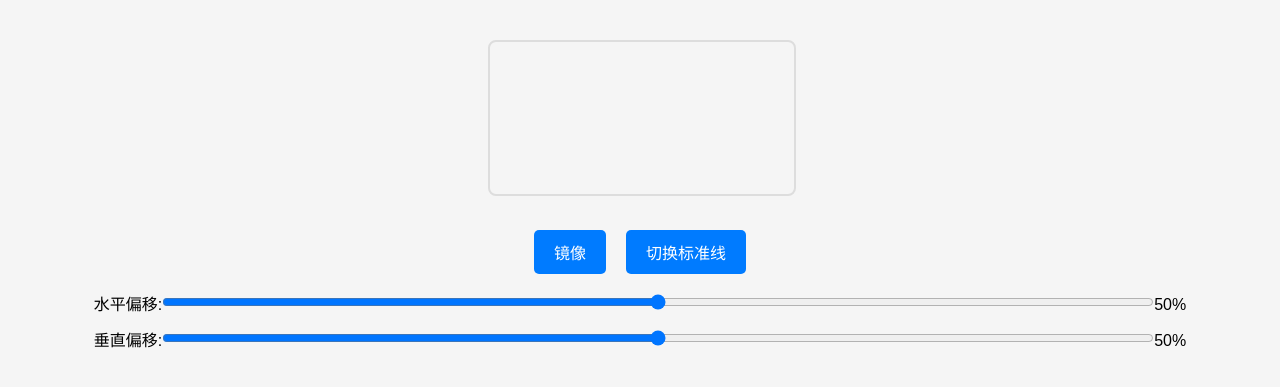
Repository: shasha333333/mirrorOnVue
Page: /
An editor plug-in stored every save of this project. The page is shown before and after the next save, followed by the edit.
The browser window is 1280 px wide. The pictures show the whole page.
The page's requests for data from a server got no answer. The project was rebuilt for these pictures with package versions that can differ from the ones it lists, and the page was loaded fresh each time. No one was signed in, and anything a server would have sent is missing. Also part of the build but not shown: vue.config.js.

Above is the page before, as saved 2024-11-18 22:14:07.

### src/App.vue
<template>
  <CameraApp />
</template>

<script>
import CameraApp from './components/CameraApp.vue';

export default {
  name: "App",
  components: {
    CameraApp,
  },
};
</script>

<style>
/* 全局样式可以根据需要调整 */
body {
  margin: 0;
  font-family: Arial, sans-serif;
  background-color: #f5f5f5;
}
</style>

### src/components/CameraApp.vue
<template>
  <div class="camera-app" id="camera-app">
    <div class="camera-container">
      <video
        ref="video"
        :class="{ mirrored: isMirrored }"
        autoplay
        width="100%"
        height="auto"
      ></video>
      <!-- Canvas 用于绘制标准线 -->
      <canvas ref="canvas" class="overlay"></canvas>
    </div>
    <div class="controls">
      <button @click="toggleMirror">镜像</button>
      <button @click="toggleLines">切换标准线</button>

      <!-- 滚动条调整 -->
      <div>
        <label for="offsetX">水平偏移:</label>
        <input
          type="range"
          id="offsetX"
          min="0"
          max="100"
          v-model="offsetXPercent"
          @input="adjustOffsetX"
        />
        <span>{{ offsetXPercent }}%</span>
      </div>

      <div>
        <label for="offsetY">垂直偏移:</label>
        <input
          type="range"
          id="offsetY"
          min="0"
          max="100"
          v-model="offsetYPercent"
          @input="adjustOffsetY"
        />
        <span>{{ offsetYPercent }}%</span>
      </div>
    </div>
  </div>
</template>

<script>
export default {
  data() {
    return {
      showLines: false, // 控制标准线的显示与隐藏
      isMirrored: false, // 控制是否开启镜像
      offsetXPercent: 50, // 水平偏移百分比
      offsetYPercent: 50, // 垂直偏移百分比
    };
  },
  methods: {
    // 获取摄像头流并开始播放
    async startCamera() {
      try {
        const stream = await navigator.mediaDevices.getUserMedia({ video: true });
        this.$refs.video.srcObject = stream;

        // 等待视频加载后设置 canvas 尺寸
        this.$refs.video.onloadedmetadata = () => {
          this.drawLines();
        };
      } catch (error) {
        console.error("无法访问摄像头:", error);
      }
    },

    // 切换标准线的显示与隐藏
    toggleLines() {
      this.showLines = !this.showLines;
      this.drawLines(); // 在切换时绘制/清除标准线
    },

    // 绘制标准线
    drawLines() {
      const canvas = this.$refs.canvas;
      const context = canvas.getContext("2d");
      const video = this.$refs.video;

      // 确保 canvas 大小与 video 一致
      canvas.width = video.videoWidth;
      canvas.height = video.videoHeight;

      // 清空画布
      context.clearRect(0, 0, canvas.width, canvas.height);

      if (this.showLines) {
        // 设置绘制标准线的样式
        context.strokeStyle = "#007bff"; // 蓝色，50%透明度
        context.lineWidth = 2;

        // 计算基于视频尺寸的偏移量
        const offsetX = (this.offsetXPercent / 100) * canvas.width; // 水平偏移量
        const offsetY = (this.offsetYPercent / 100) * canvas.height; // 垂直偏移量

        // 画竖直标准线
        context.beginPath();
        context.moveTo(offsetX, 0);
        context.lineTo(offsetX, canvas.height);
        context.stroke();

        // 画水平标准线
        context.beginPath();
        context.moveTo(0, offsetY);
        context.lineTo(canvas.width, offsetY);
        context.stroke();
      }
    },

    // 切换镜像效果
    toggleMirror() {
      this.isMirrored = !this.isMirrored; // 切换镜像状态
    },

    // 调整水平偏移
    adjustOffsetX() {
      this.drawLines();
    },

    // 调整垂直偏移
    adjustOffsetY() {
      this.drawLines();
    },
  },
  mounted() {
    this.startCamera(); // 组件挂载时启动摄像头
  },
  watch: {
    showLines() {
      this.drawLines(); // 在切换时绘制标准线
    }
  }
};
</script>

<style scoped>
.overlay {
  position: absolute;
  top: 0;
  left: 0;
  pointer-events: none; /* 禁止 Canvas 和视频的交互 */
}
#camera-app {
  text-align: center;
  font-family: Arial, sans-serif;
  padding: 20px;
}

.camera-container {
  position: relative;
  display: inline-block;
}

video {
  border: 2px solid #ddd;
  border-radius: 8px;
  margin: 20px 0;
  object-fit: cover;
}

.mirrored {
  transform: scaleX(-1); /* 实现镜像效果 */
}

button {
  margin: 10px;
  padding: 10px 20px;
  border: none;
  background-color: #007bff;
  color: white;
  font-size: 16px;
  border-radius: 5px;
  cursor: pointer;
}

button:hover {
  background-color: #0056b3;
}

input[type="range"] {
  width: 80%;
  margin: 10px 0;
}
</style>

Loaded but not shown: public/index.html (common file); src/main.js (common file)

After the next save:
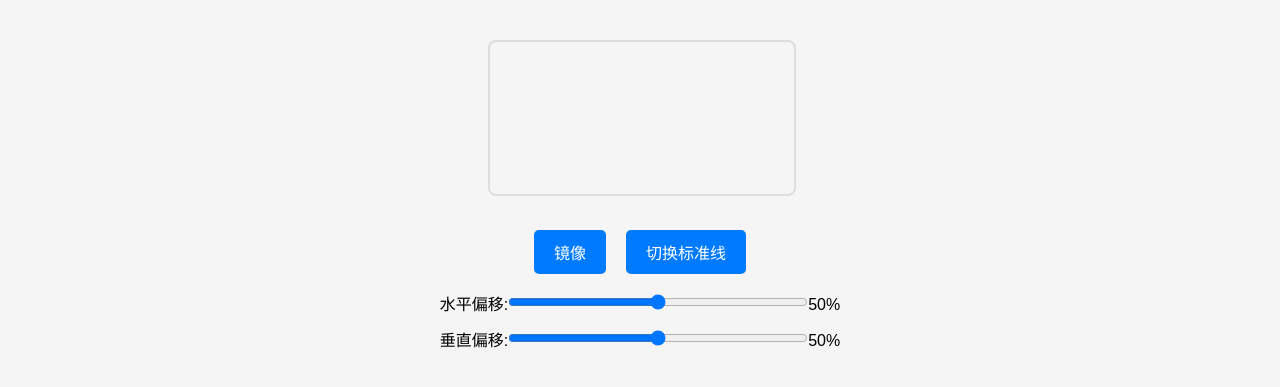
Saved 4 min 14 s later.
--- a/src/components/CameraApp.vue
+++ b/src/components/CameraApp.vue
@@ -184,7 +184,8 @@ button:hover {
 }
 
 input[type="range"] {
-  width: 80%;
+  width: 80%;         /* 可根据需要调整宽度 */
+  max-width: 300px;   /* 限制最大宽度为 300px */
   margin: 10px 0;
 }
 </style>
